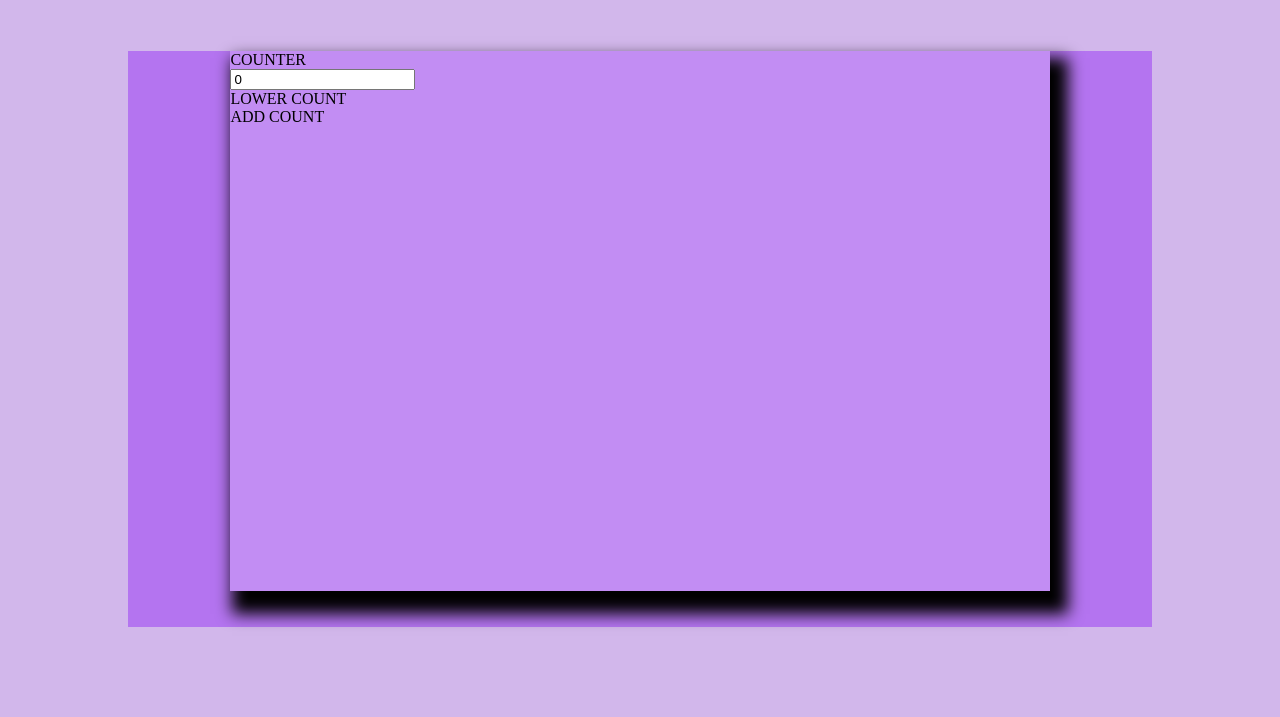
Repository: AnahitKhechumyan/Counter
Page: index.html
These files come from the project's save history. The page is drawn as it stood at one moment and after the next save; the edit follows.
The browser window is 1280 px wide. The pictures show the whole page.

Above is the page before, as saved 2022-02-14 17:06:06.

After the next save:
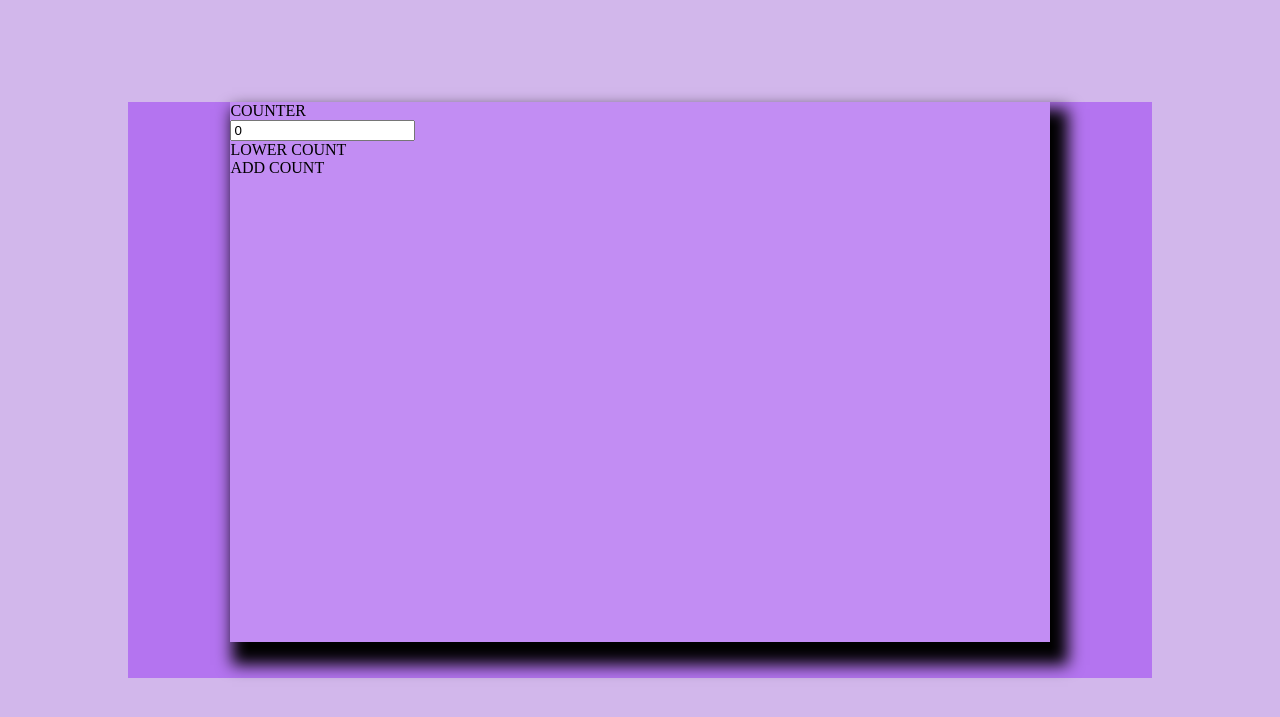
Saved 21 s later.
--- a/style.css
+++ b/style.css
@@ -13,6 +13,6 @@ body{
     background-color: rgb(194, 141, 243);
     width: 80%;
     height: 75vh;
-    margin: 5% 10%;
+    margin: 10% 10%;
     box-shadow: 10px 15px 15px 8px;
 }

After the save that followed:
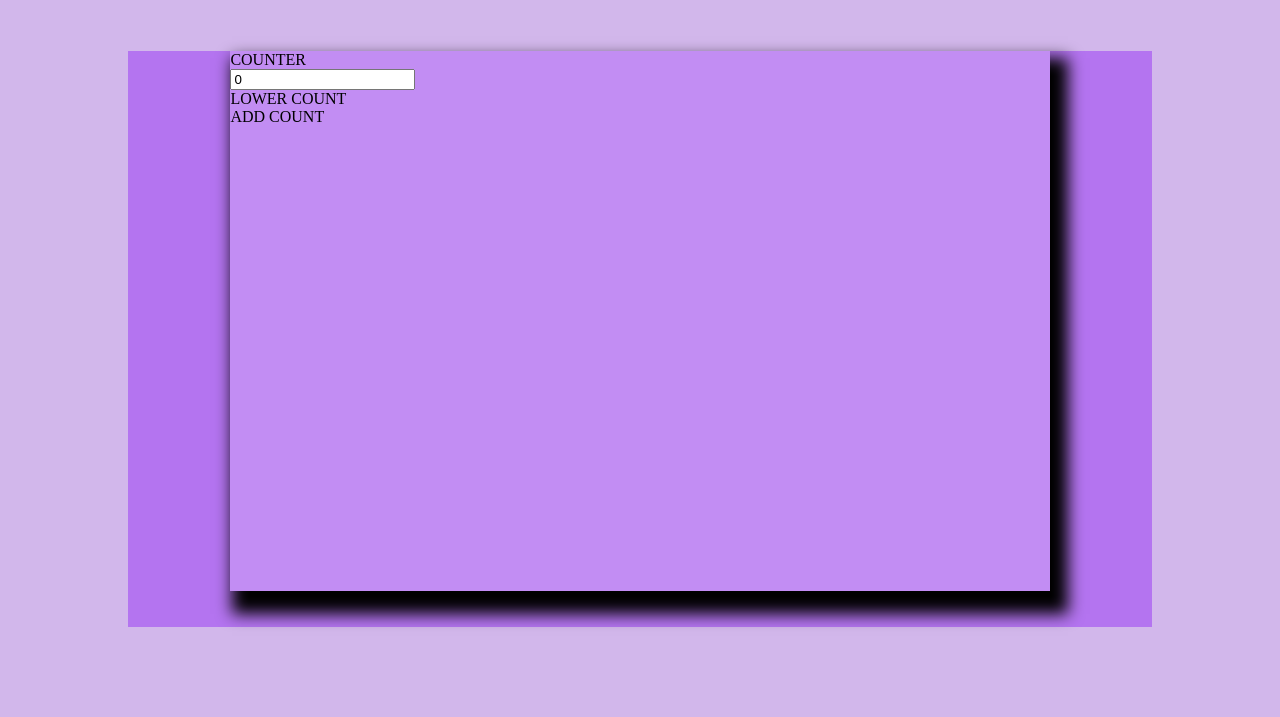
Saved 27 s later.
--- a/style.css
+++ b/style.css
@@ -13,6 +13,6 @@ body{
     background-color: rgb(194, 141, 243);
     width: 80%;
     height: 75vh;
-    margin: 10% 10%;
+    margin: 5% 10%;
     box-shadow: 10px 15px 15px 8px;
 }
